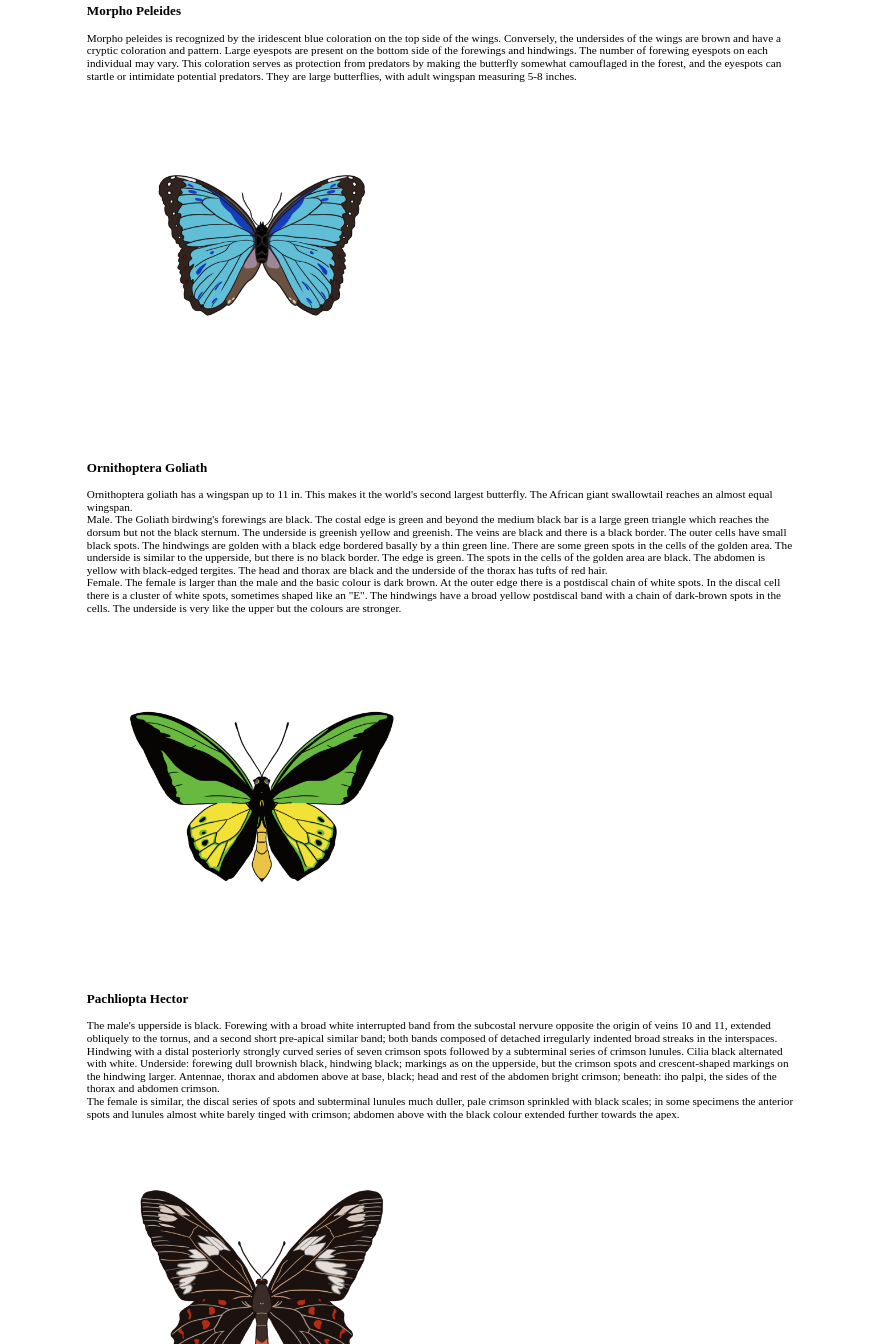
Repository: MeowCeline00/assessment-2
Page: /
These files come from the project's save history. The page is drawn as it stood at one moment and after the next save; the edit follows.
The browser window is 1280 px wide. The pictures show the part of the page from y = 3251 to 5171 px (the page is 6934 px tall before and 7462 px after), at 70% of full size.
The project was rebuilt for these pictures with package versions that can differ from the ones it lists, and the page was loaded fresh each time. The framework's server and built-in components were replaced by stand-ins that run in the browser. Also part of the build but not shown: next.config.mjs.

Above is the page before, as saved 2024-02-07 23:31:30.

### pages/index.js
import Head from "next/head";
import { useState } from "react";
import styles from "@/styles/Home.module.css";
import Header from "@/Components/Header";
import Footer from "@/Components/Footer";
import Contents from "@/Components/Contents";


export default function Home() {

  // Butterfly Patterns
  const classFilters = {
    //key : value
    1: 'Agrias Aedon Hewitson',
    2: 'Danaus Plexippus',
    4: 'Morpho Peleides',
    8: 'Ornithoptera Goliath',
    16: 'Pachliopta Hector',
    32: 'Parides Agavus',
    64: 'Trogonoptera Trojana'
  }

  const [input, setInput] = useState();
                                    // 3
                                    // 2 & 2 Remainder 1
                                    // 1 & 1 Remainder 0
                                    // 9
                                    // 8 & 8 Remainder 1
                                    // 1 & 1 Remainder 0
  const getClassStyle = flagValue => (input & flagValue) > 0 ? {backgroundColor: 'yellow'} : null;

  return (
    <>
      <Head>
        <title>General View of Butterfly Wing Patterns</title>
        <meta name="description" content="General View of Butterfly Wing Patterns" />
        <meta name="viewport" content="width=device-width, initial-scale=1" />
        <link rel="icon" href="/butt_favicon.ico" />
      </Head>
      <Header />
      <main className={`${styles.main}`}>
       <input
       id="input"
       type="text"
       placeholder='Bitmask Decimal'
       value={input}
       onChange={event => setInput(event.target.value)}
       />
       <table>
        <tbody>
          {
            Object.keys(classFilters).map(item => (
              <tr key={item} style={getClassStyle(item)}>
                <td>{item}</td>
                <td>{classFilters[item]}</td>
              </tr>
            ))
          }
        </tbody>
       </table>
       <Contents />
      </main>
      <Footer />
    </>
  );
}

### styles/globals.css
:root {
    --h1: rgb(15, 64, 162);
    --h2: rgb(203, 165, 27);
    --header-background: #d1d1d1;

}

### styles/Home.module.css
.main {
  display: flex;
  flex-direction: column;
  justify-content: space-between;
  align-items: center;
  padding: 6rem;
  min-height: 20vh;
}

### Components/Header/index.js
import Image from 'next/image';
import styles from './Header.module.css';

export default function Header() {
    return (
        <header className={styles.header}>
            <div className={styles.titleArea}>
                <h1> Colorful Butterflies</h1>
                <h2> A General Peek at Butterfly Wing Patterns</h2>
            </div>
            <div className={styles.logoArea}>
                <img src={"/logo.png"} alt="Butterfly Logo" width={350} />
            </div>
        </header>
    );
}

### Components/Footer/index.js
import styles from './Footer.module.css'


export default function Footer() {

    return(
        <footer className={styles.footer}>
            © Created by Congling
        </footer>
    )
}

### Components/Contents/index.js
import Image from 'next/image';
import styles from './Contents.module.css';

export default function Contents() {
    return (
        <contents className={styles.contents}>
            <div className={styles.projectDescription}>
            <h1>About</h1>
            <p>This project is my personal project, trying to explore different patterns for the wings of butterflies.
                On this occasion, I tried to draw several variety of Butterflies as referred to the original breed, including
               Agrias Aedon Hewitson, Danaus Plexippus, Morpho Peleides, Ornithoptera Goliath, Pachliopta Hector, Parides Agavus,
               and Trogonoptera Trojana.
            </p>
            </div>
            <div className={styles.butterflyPatterns}>
              <div className={styles.buttfly1}>
                <div className={styles.butterflyDes}>
                <h3>Agrias Aedon Hewitson</h3>
                <p>The species of the genus Agrias have, variously, very bright red, orange,
                    iridescent blue and yellow colouration contrasting on the black or bluish background of their upperside wing.
                    The underside wings are patterned. They have a robust appearance - broad thorax and short wide abdomen, allowing fast flight.
                    The wingspan is 70 to 120 mm. Males of all Agrias species have prominent yellow tufts of androconial scales on the hindwings.
                    These disperse pheromones for attracting suitable mates.</p>
                </div>
                <div className={styles.butterflyPic}>
                <img src={"/agrias_aedon_hewitson.png"} alt="Agrias Aedon Hewitson" width={500} />
                </div>
                </div>
                <div className={styles.buttfly2}>
                <div className={styles.butterflyDes}>
                <h3>Danaus Plexippus</h3>
                <p>Monarch butterflies are well-known for their appearance.
                Adult monarch butterflies possess two pairs of brilliant orange-red wings,
                featuring black veins and white spots along the edges. The males possess distinguishing
                black dots along the veins of their wings. Their orange color alerts predators to stay away.
                <br />
                As caterpillars, Monarchs are striped with yellow, black and white bands.
                Monarch caterpillars have a set of antennae-like tentacles at each end of their body.
                They reach about two inches in length before metamorphosis. The monarch chrysalis,
                where the caterpillar undergoes metamorphosis into the winged adult butterfly,
                is seafoam green with tiny yellow spots along its edge.</p>
                </div>
                <div className={styles.butterflyPic}>
                <img src={"/Danaus_plexippus.png"} alt="Danaus Plexippus" width={500} />
                </div>
                </div>
                <div className={styles.buttfly3}>
                <div className={styles.butterflyDes}>
                <h3>Morpho Peleides</h3>
                <p>Morpho peleides is recognized by the iridescent blue coloration on the top side of the wings.
                    Conversely, the undersides of the wings are brown and have a cryptic coloration and pattern.
                    Large eyespots are present on the bottom side of the forewings and hindwings.
                    The number of forewing eyespots on each individual may vary.
                    This coloration serves as protection from predators by making the butterfly somewhat camouflaged in the forest,
                    and the eyespots can startle or intimidate potential predators.
                    They are large butterflies, with adult wingspan measuring 5-8 inches.</p>
                </div>
                <div className={styles.butterfly3Pic}>
                <img src={"/morpho_peleides.png"} alt="Morpho Peleides" width={500} />
                </div>
                </div>
                <div className={styles.buttfly4}>
                <div className={styles.butterflyDes}>
                <h3>Ornithoptera Goliath</h3>
                <p>Ornithoptera goliath has a wingspan up to 11 in. This makes it the world's second largest butterfly.
                    The African giant swallowtail reaches an almost equal wingspan.
                    <br />
                    Male. The Goliath birdwing's forewings are black. The costal edge is green and beyond the medium black bar
                    is a large green triangle which reaches the dorsum but not the black sternum. The underside is greenish yellow and greenish.
                    The veins are black and there is a black border. The outer cells have small black spots.
                    The hindwings are golden with a black edge bordered basally by a thin green line.
                    There are some green spots in the cells of the golden area. The underside is similar to the upperside,
                    but there is no black border. The edge is green. The spots in the cells of the golden area are black.
                    The abdomen is yellow with black-edged tergites. The head and thorax are black and the underside of the
                    thorax has tufts of red hair.
                    <br />
                    Female. The female is larger than the male and the basic colour is dark brown.
                    At the outer edge there is a postdiscal chain of white spots. In the discal cell there is a cluster of white spots,
                    sometimes shaped like an "E". The hindwings have a broad yellow postdiscal band with a chain of dark-brown spots in the cells.
                    The underside is very like the upper but the colours are stronger.</p>
                    </div>
                    <div className={styles.butterfly4Pic}>
                <img src={"/ornithoptera_goliath.png"} alt="Ornithoptera Goliath" width={500} />
                </div>
                </div>
                <div className={styles.buttfly5}>
                <div className={styles.butterflyDes}>
                <h3>Pachliopta Hector</h3>
                <p>The male's upperside is black. Forewing with a broad white interrupted band from the subcostal nervure
                    opposite the origin of veins 10 and 11, extended obliquely to the tornus, and a second short pre-apical similar band;
                    both bands composed of detached irregularly indented broad streaks in the interspaces.
                    Hindwing with a distal posteriorly strongly curved series of seven crimson spots followed by a subterminal series of
                    crimson lunules. Cilia black alternated with white. Underside: forewing dull brownish black, hindwing black;
                    markings as on the upperside, but the crimson spots and crescent-shaped markings on the hindwing larger.
                    Antennae, thorax and abdomen above at base, black; head and rest of the abdomen bright crimson; beneath:
                    iho palpi, the sides of the thorax and abdomen crimson.
                    <br />
                    The female is similar, the discal series of spots and subterminal lunules much duller,
                    pale crimson sprinkled with black scales; in some specimens the anterior spots and lunules almost white barely
                    tinged with crimson; abdomen above with the black colour extended further towards the apex.
                    </p>
                    </div>
                    <div className={styles.butterfly5Pic}>
                <img src={"/pachliopta_hector.png"} alt="Pachliopta Hector" width={500} />
                </div>
                </div>
                <div className={styles.buttfly6}>
                <div className={styles.butterflyDes}>
                <h3>Parides Agavus</h3>
                <p>The Parides agavus, also known as the Agavus Swallowtail, is a visually striking butterfly that belongs
                    to the Papilionidae family. Its wingspan can range from 3 to 4 inches, showcasing a bold contrast of colors and patterns.
                    The primary coloration of its wings is a deep, glossy black, which serves as a dramatic backdrop for the vibrant
                    red or pink bands that adorn the edges of its hindwings. These vivid markings are complemented by smaller,
                    iridescent blue or green spots that add a touch of shimmer and complexity to its appearance.
                    The butterfly's body is slender and predominantly black, with legs that may have hints of red.
                    Its distinctive tail-like extensions on the hindwings, characteristic of swallowtail butterflies,
                    enhance its elegant silhouette, making the Parides agavus a remarkable specimen in the butterfly world.</p>
                </div>
                <div className={styles.butterfly6Pic}>
                <img src={"/parides_agavus.png"} alt="Parides Agavus" width={500} />
                </div>
                </div>
                <div className={styles.buttfly7}>
                <div className={styles.butterflyDes}>
                <h3>Trogonoptera Trojana</h3>
                <p>
                    The Trogonoptera trojana, known as the Rajah Brooke's Birdwing, is an exquisite and large butterfly,
                    hailing from the Birdwing genus that captivates with its sheer size and stunning coloration.
                    Typically, the wingspan of this magnificent creature can stretch up to about 7 inches,
                    making it one of the larger species within the butterfly realm. The male of the species boasts a velvety black color
                    on the upper side of its wings, dramatically offset by an electric green or turquoise hue that forms broad,
                    iridescent bands across the forewings and a series of smaller, similarly colored streaks on the hindwings.
                    This contrast is not only striking but serves as a natural spectacle in the wild. The female, while larger,
                    tends to have a more subdued color palette, with wings that are predominantly brown or black,
                    accented with white or cream-colored spots. The Trogonoptera trojana's body is slender,
                    with the thorax and abdomen often matching the dark hue of the wings, creating a cohesive and sleek appearance.
                    The elegant, yet powerful flight of this butterfly, coupled with its vivid coloration,
                    makes it a breathtaking sight in its natural rainforest habitats</p>
                    </div>
                    <div className={styles.butterfly7Pic}>
                <img src={"/trogonoptera_trojana.png"} alt="Trogonoptera Trojana" width={500} />
                </div>
                </div>
            </div>
        </contents>
    );
}

### Components/Header/Header.module.css
.header {
    display: flex;
    justify-content: space-between;
    align-items: center;
    padding: 20px;
    background-color: var(--header-background);
}

.titleArea {
    display: flex;
    flex-direction: column;
    padding-left: 20%;
}

.titleArea h1 {
    color: var(--h1);
    font-size: xx-large;
    font-family: Impact, Haettenschweiler, 'Arial Narrow Bold', sans-serif;
}

.titleArea h2 {
    color: var(--h2);
    font-family: 'Franklin Gothic Medium', 'Arial Narrow', Arial, sans-serif;
}

.logoArea {
  display: flex;
  padding-right: 20%;
}

### Components/Footer/Footer.module.css
.footer{
    text-align: center;
    font-weight: bold;
    font-family: Georgia, 'Times New Roman', Times, serif;
    font-size: larger;
    background-color: var(--header-background);
    color: var(--h1);
}

### Components/Contents/Contents.module.css
.contents {
    display: flex;
    flex-direction: column;
    margin: 20px;
}

.projectDescription {
    margin-bottom: 20px;
}

.butterflyPatterns {
    display: flex;
    flex-direction: column;
}

.butterflyPattern {
    display: flex;
    justify-content: space-between;
    align-items: center;
    margin-bottom: 20px;
}

.butterflyDes {
    flex: 1; /* Assigns 50% of the space to the description */
    padding-right: 20px; /* Adds some space between the text and the image */
}

.butterflyPic {
    flex: 1; /* Assigns 50% of the space to the picture */
    display: flex;
    justify-content: flex-start; /* Aligns the image to the start of the flex item */
}

.butterflyPic img {
    width: 100%; /* Full width of the flex item */
    height: auto; /* Keeps the aspect ratio of the image */
}

Loaded but not shown: pages/_app.js (common file); pages/_document.js (common file)

After the next save:
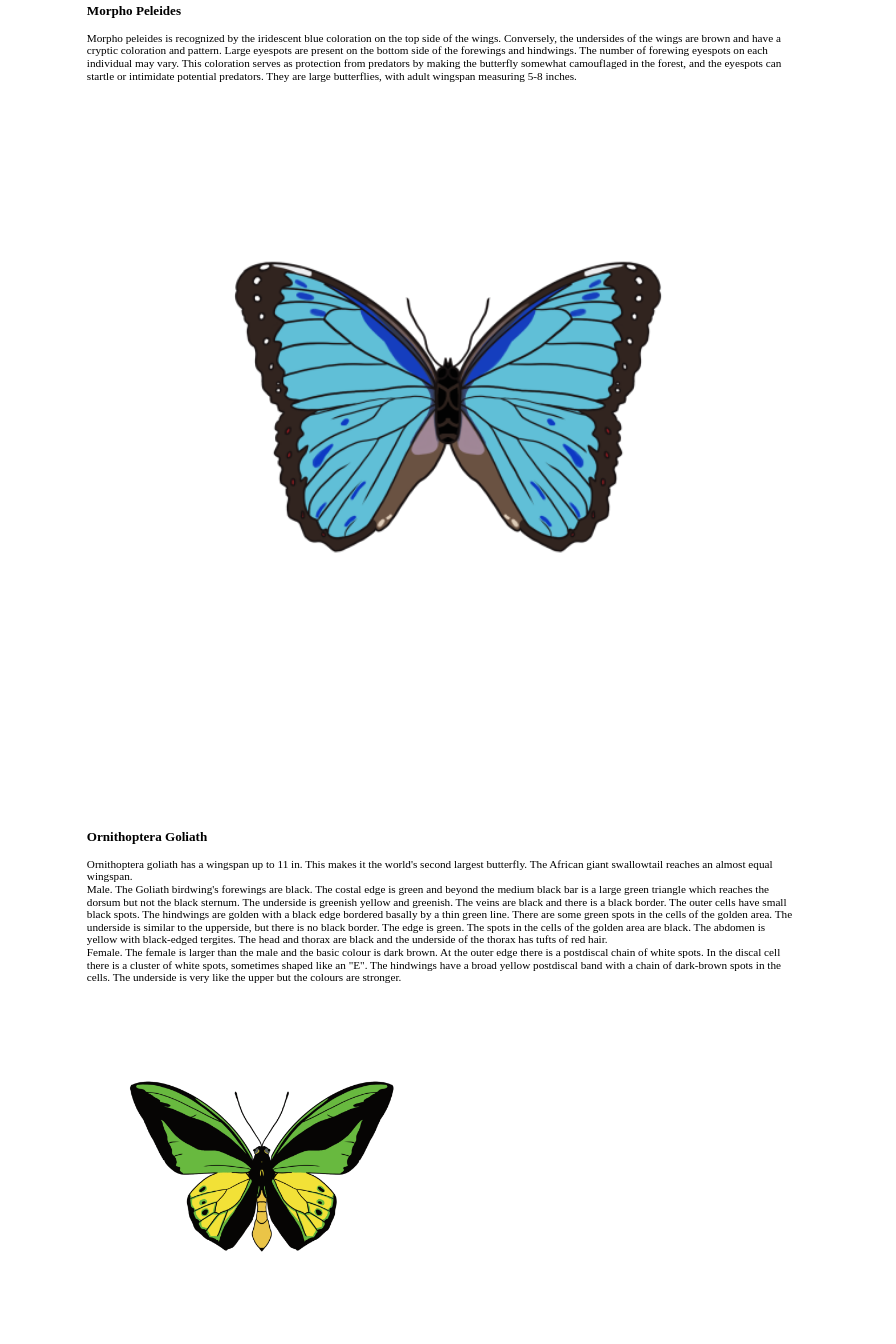
Saved 5 s later.
--- a/Components/Contents/index.js
+++ b/Components/Contents/index.js
@@ -55,7 +55,7 @@ export default function Contents() {
                     and the eyespots can startle or intimidate potential predators.
                     They are large butterflies, with adult wingspan measuring 5-8 inches.</p>
                 </div>
-                <div className={styles.butterfly3Pic}>
+                <div className={styles.butterflyPic}>
                 <img src={"/morpho_peleides.png"} alt="Morpho Peleides" width={500} />
                 </div>
                 </div>
